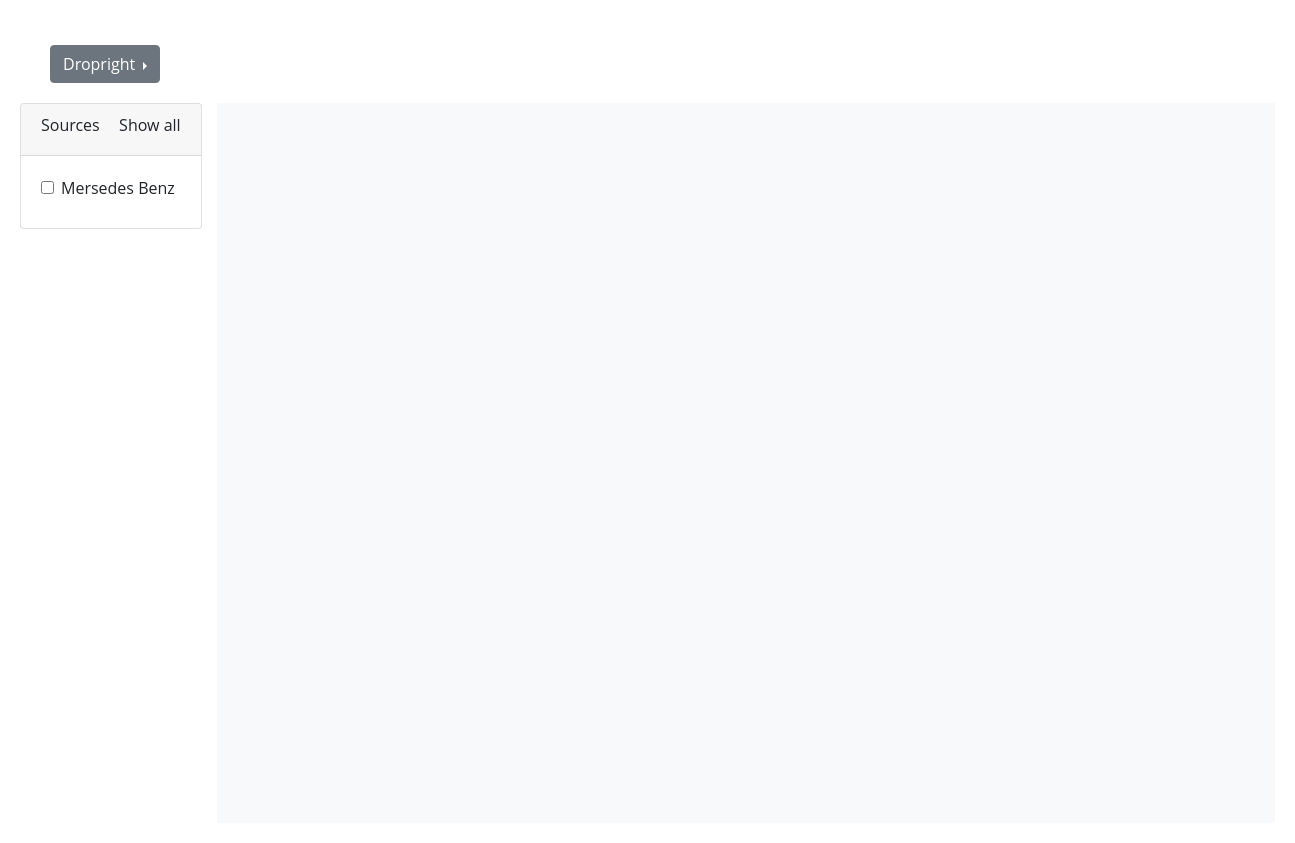
Repository: tts2610/GoogleNews
Page: index.html
These files come from the project's save history. The page is drawn as it stood at one moment and after the next save; the edit follows.
The browser window is 1280 px wide. The page is 1295 px wide, so the pictures cover 1295 px, including what lies to the right of the window. The pictures show the whole page.
The page's requests for data from a server got no answer. Some web libraries are served in a nearby version.

Above is the page before, as saved 2020-05-21 01:25:15.

After the next save:
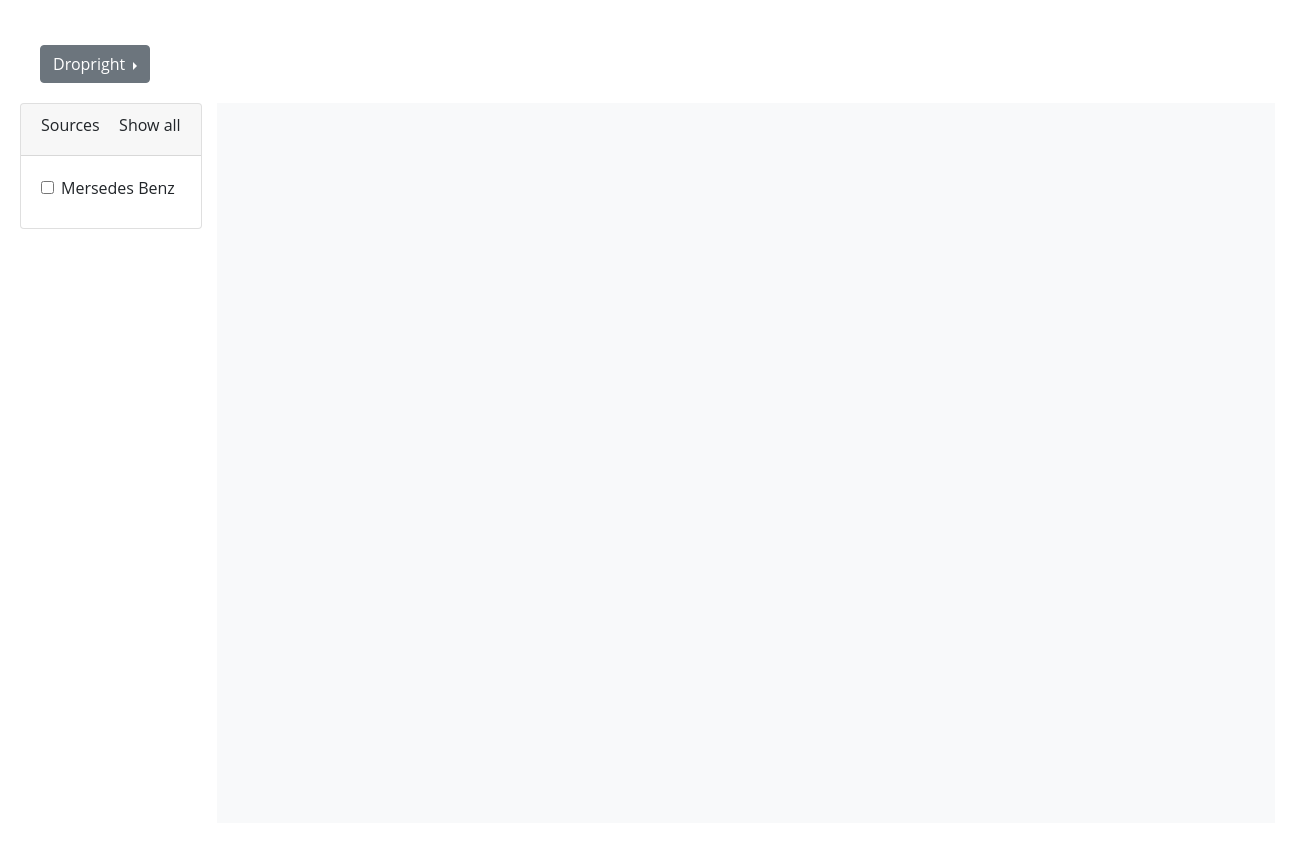
Saved 28 s later.
--- a/index.html
+++ b/index.html
@@ -25,7 +25,7 @@
 
 <body>
     <div class="myContainer">
-        <div class="btn-group dropright" style="margin-left: -450px; margin-top: 45px;">
+        <div class="btn-group dropright" style="margin-left: -460px; margin-top: 45px;">
             <button type="button" class="btn btn-secondary dropdown-toggle" data-toggle="dropdown" aria-haspopup="true" aria-expanded="false">
               Dropright
             </button>
